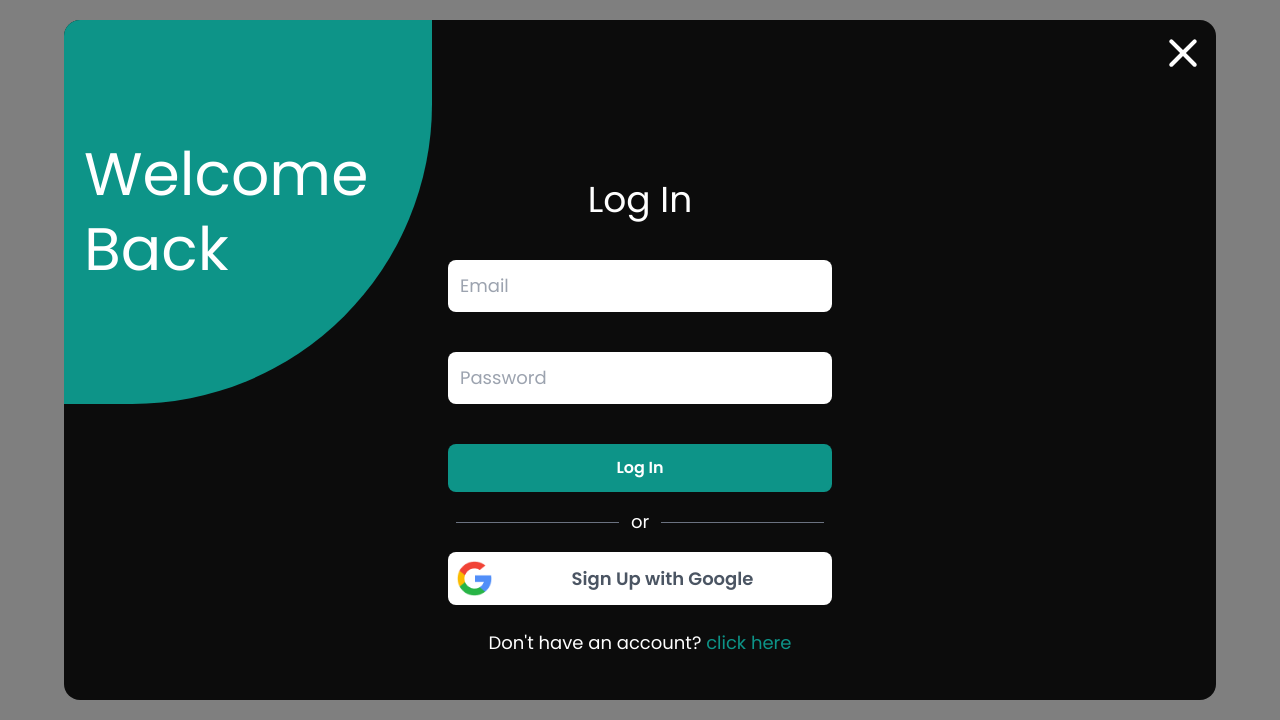
Repository: Ahmed77669/GT-Exams
Page: /
An editor plug-in stored every save of this project. The page is shown before and after the next save, followed by the edit.
The browser window is 1280 px wide. The pictures show the whole page.
The project was rebuilt for these pictures with package versions that can differ from the ones it lists, and the page was loaded fresh each time. The framework's server and built-in components were replaced by stand-ins that run in the browser. Also part of the build but not shown: next.config.mjs.

Above is the page before, as saved 2024-10-04 21:13:15.

After the next save:
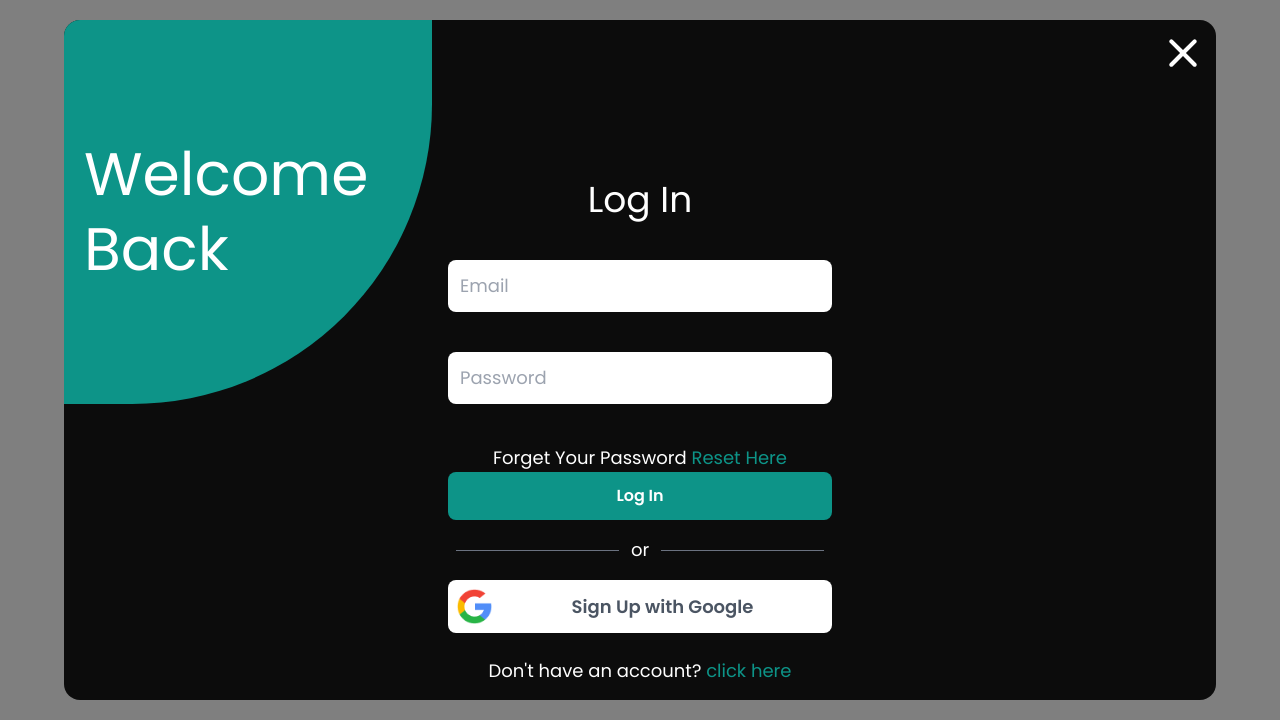
Saved 6 min 55 s later.
--- a/components/login.tsx
+++ b/components/login.tsx
@@ -60,6 +60,15 @@ const Login: React.FC<LoginProps> = ({ closeSignup, toggleForm }) => {
                     placeholder="Password"
                     required
                   />
+                                    <p className="text-lg">
+                    Forget Your Password{" "}
+                    <span
+                      className="text-teal-600 cursor-pointer"
+                      onClick={() => toggleForm("signup")}
+                    >
+                      Reset Here
+                    </span>
+                  </p>
                   <button className="w-96 bg-teal-600 text-white p-3 rounded-lg hover:opacity-90 font-semibold">
                     Log In
                   </button>
